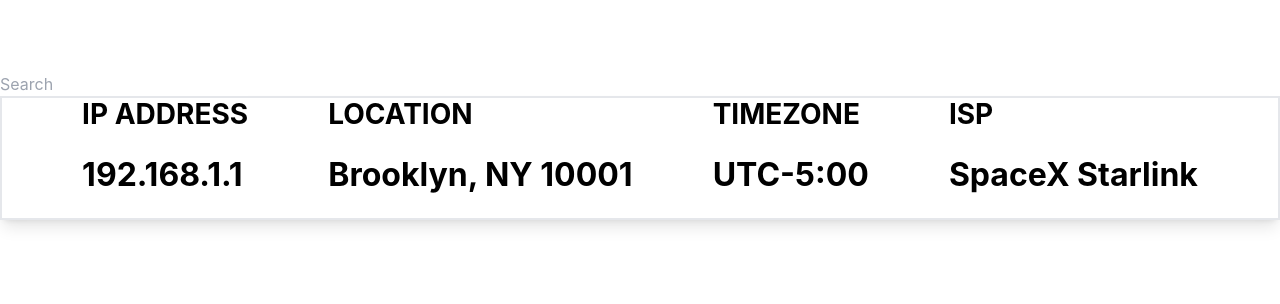
Repository: Dealsy/IP-Tracker
Page: /
The author's editor kept a copy of each file at every save. The page is drawn from the files as they stood at one save, then again after the next save.
The browser window is 1280 px wide. The pictures show the whole page.
The project was rebuilt for these pictures with package versions that can differ from the ones it lists, and the page was loaded fresh each time. The framework's server and built-in components were replaced by stand-ins that run in the browser. Also part of the build but not shown: next.config.js, styles/Home.module.css.

Above is the page before, as saved 2022-04-21 21:26:10.

After the next save:
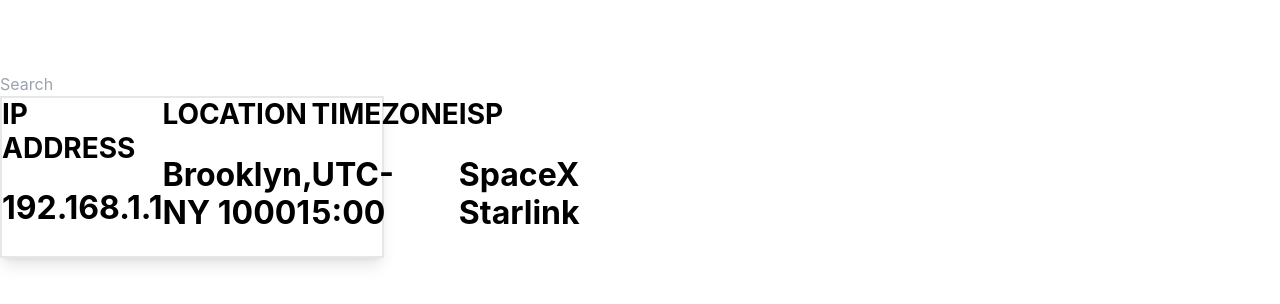
Saved 8 s later.
--- a/pages/index.js
+++ b/pages/index.js
@@ -14,7 +14,7 @@
       <main>
         <h1 className="text-white">IP Address Tracker</h1>
         <input type="search" placeholder="Search" />
-        <div className="flex flex-row justify-evenly border-2 shadow-lg">
+        <div className="flex flex-row justify-evenly border-2 shadow-lg w-96">
           <div className="">
             <h3>IP ADDRESS</h3>
             <h2> 192.168.1.1 </h2>
